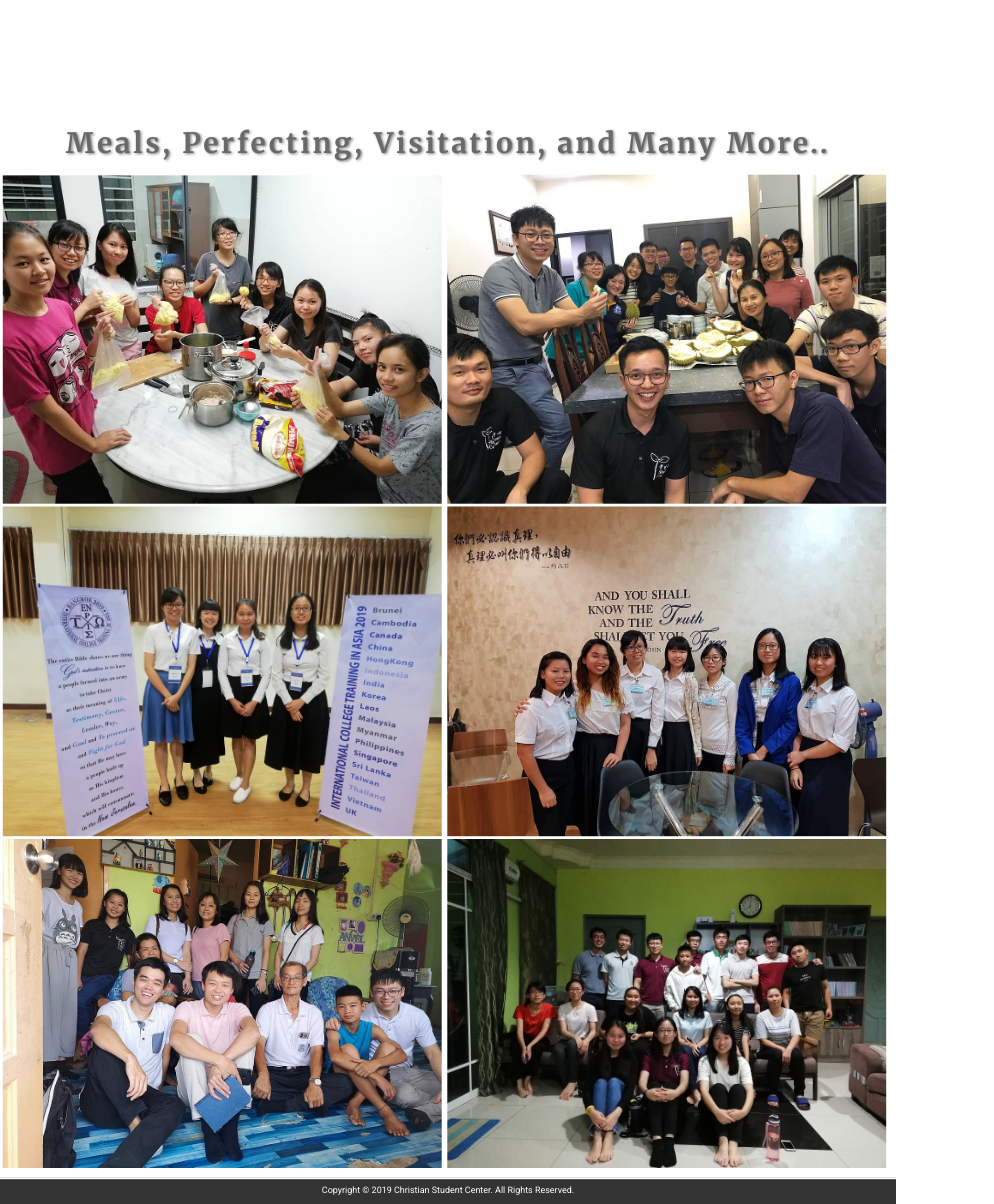
Repository: kongteckmee/christian-sc
Page: gallery.html
The author's editor kept a record of every edit. The page is drawn from the files as they stood at one moment, then again after the next edit.
The browser window is 1280 px wide. The page is 1420 px wide, so the pictures cover 1420 px, including what lies to the right of the window. The pictures show the part of the page from y = 1191 to 2911 px (the page is 2916 px tall before and 2442 px after), at 70% of full size.
Pictures or frames that could not be fetched are drawn as grey boxes. Some web libraries are served in a nearby version.

Above is the page before.

After the next edit:
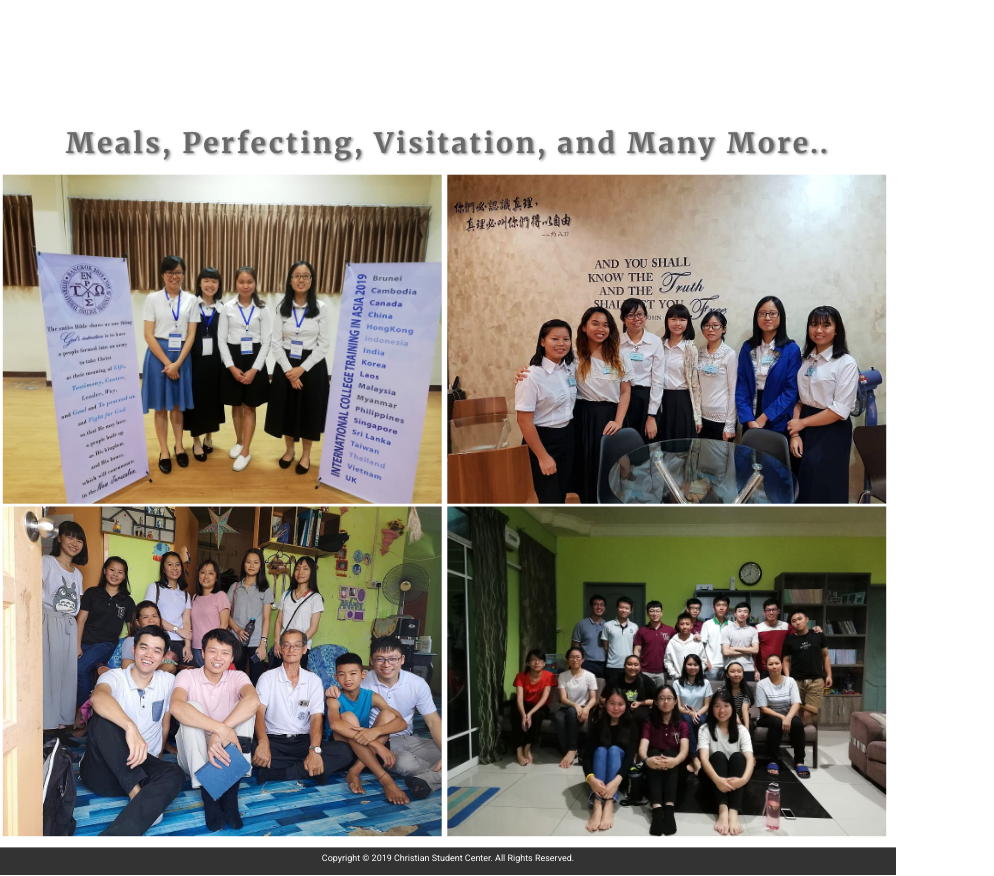
The edit:
--- a/gallery.html
+++ b/gallery.html
@@ -51,12 +51,11 @@
             <h1>Meals, Perfecting, Visitation, and Many More..</h1>
         </div>
         <div>
-        <img src="assets/img/meal-s.jpg">
-        <img src="assets/img/meal-t.jpg">
-        <img src="assets/img/oversea-t.jpg">
-        <img src="assets/img/trainingsc-s.jpg">
-        <img src="assets/img/visit-1-t.jpg">
-        <img src="assets/img/visit-2-t.jpg">
+            <img src="assets/img/oversea-t.jpg">
+            <img src="assets/img/trainingsc-s.jpg">
+            <img src="assets/img/visit-1-t.jpg">
+            <img src="assets/img/visit-2-t.jpg">
+        </div>
     </section>
     <footer>
         <div id="footer-copyright">
